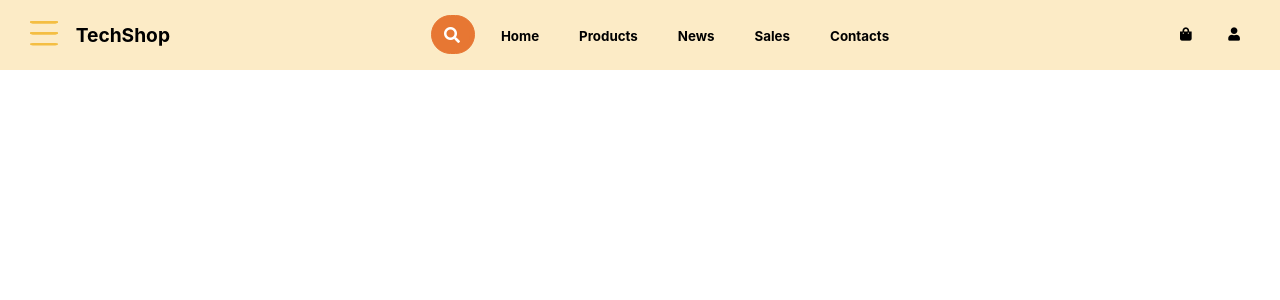
Repository: dinhngocup/TechShop
Page: /
These files come from the project's save history. The page is drawn as it stood at one moment and after the next save; the edit follows.
The browser window is 1280 px wide. The pictures show the whole page.
Some web libraries are served in a nearby version. The project was rebuilt for these pictures with package versions that can differ from the ones it lists, and the page was loaded fresh each time. Also part of the build but not shown: src/App.css, src/components/news.jsx, src/components/Home/Banner/_banner.scss, src/components/Home/Banner/banner.jsx, src/components/Home/_home.scss, src/components/Home/home.jsx.

Above is the page before, as saved 2021-03-18 00:44:42.

After the next save:
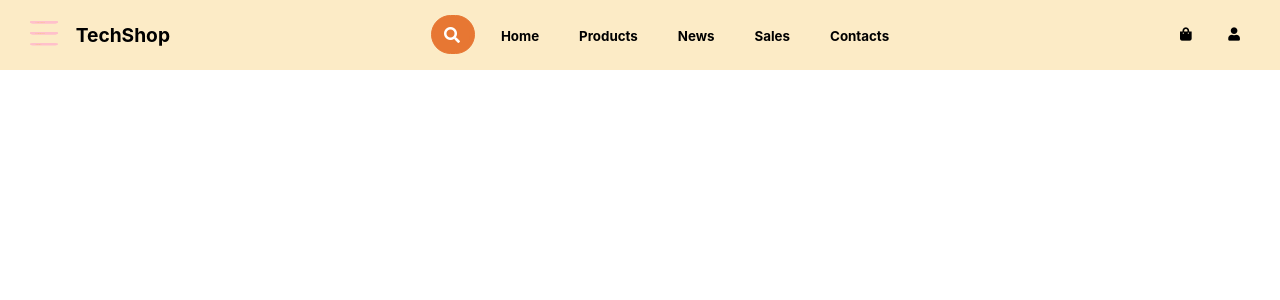
Saved 6 s later.
--- a/src/components/Header/Menu/_menu.scss
+++ b/src/components/Header/Menu/_menu.scss
@@ -29,7 +29,7 @@
                 height: 60px;
                 width: 100%;
                 border-radius: 20px;
-                background-color: rgb(244, 190, 67);
+                background-color: pink;
 
                 transform-origin: 0 0;
                 transition: transform 0.6s ease;
